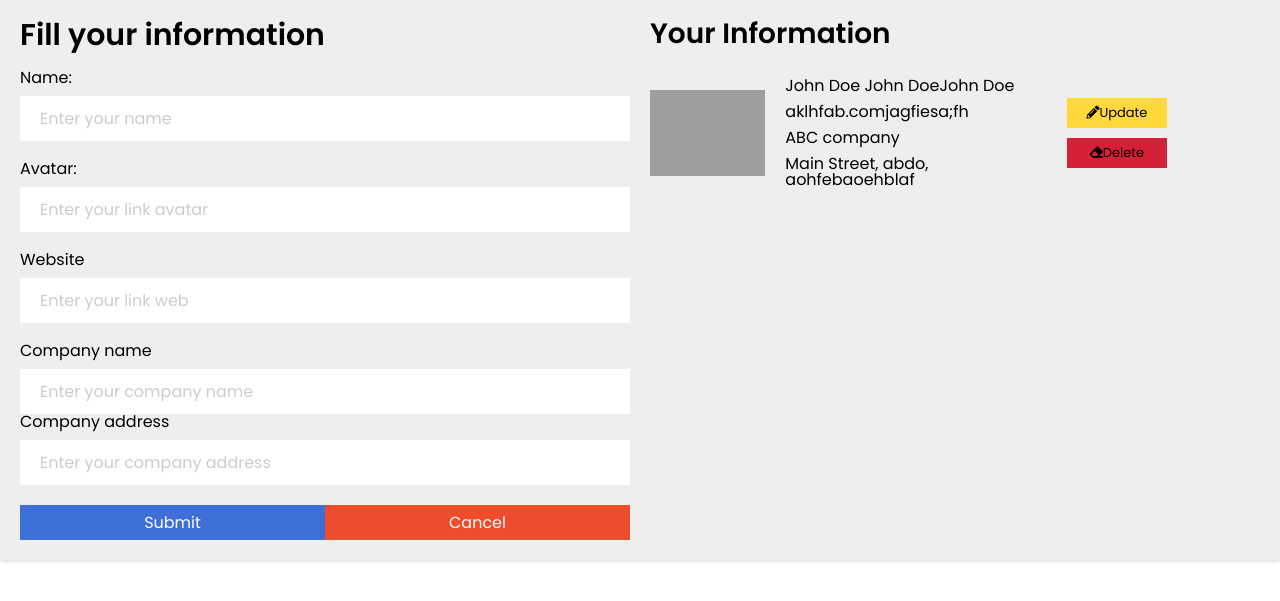
Repository: nttthao9/management
Page: index.html
An editor plug-in stored every save of this project. The page is shown before and after the next save, followed by the edit.
The browser window is 1280 px wide. The pictures show the whole page.
Pictures or frames that could not be fetched are drawn as grey boxes. Some web libraries are served in a nearby version.

Above is the page before, as saved 2021-10-13 11:44:20.

### index.html
<!DOCTYPE html>
<html lang="en">

<head>
  <meta charset="UTF-8">
  <meta http-equiv="X-UA-Compatible" content="IE=edge">
  <meta name="viewport" content="width=device-width, initial-scale=1.0">
  <title>Promise</title>
  <link rel="preconnect" href="https://fonts.googleapis.com">
  <link rel="preconnect" href="https://fonts.gstatic.com" crossorigin>
  <link href="https://fonts.googleapis.com/css2?family=Poppins:wght@300;400;500;600&display=swap" rel="stylesheet">
  <link rel="stylesheet" href="https://cdnjs.cloudflare.com/ajax/libs/font-awesome/5.1.0-11/css/all.css"
    integrity="sha512-xO/VZFNBvip9IT+BD6Nq/pHdBvKeFcwygKqARlegjQ+5A68KsMSYrPbGP1oYow5ec9Tqq8peJXcn5J1bD4O00w=="
    crossorigin="anonymous" referrerpolicy="no-referrer" />
  <link rel="stylesheet" href="./.vscode/style.css">
</head>

<body>
  <div class="container">
    <div class="fill-infor">
      <form action="" id="form" autocomplete="off">
        <h2 class="form-title">Fill your information</h2>
        <div class="fill fill-name">
          <label for="name">Name:</label>
          <input type="text" id="name" name="name" autocomplete="off" placeholder="Enter your name">
        </div>
        <div class="fill fill-avatar">
          <label for="avatar">Avatar:</label>
          <input type="text" id="avatar" name="avatar" placeholder="Enter your link avatar">
        </div>
        <div class="fill fill-link">
          <label for="link-web">Website</label>
          <input type="link-web" id="link-web" name="link-web" placeholder="Enter your link web">
        </div>
        <div class="fill fill-company">
          <label for="company">Company name</label>
          <input type="text" id="company-name" name="company-name" placeholder="Enter your company name">
          <label for="company">Company address</label>
          <input type="text" id="company-address" name="company-address" placeholder="Enter your company address">
        </div>
        <div class="fill-btn">
          <button type="submit" class=" btn btn-submit">Submit</button>
          <button type="submit" class="btn btn-cancel">Cancel</button>
        </div>

      </form>
      <div class="manage">
        <h3 class="filled">Your Information</h3>
        <div class="manage-infor">
          <div class="infor-item">
            <div class="your-image">
              <img src="http://lorempixel.com/640/480/abstract/" alt="">
            </div>
            <div class="infor-desc">
              <span class="name">John Doe John DoeJohn Doe</span>
              <span class="name">aklhfab.comjagfiesa;fh</span>
              <span class="name">ABC company</span>
              <span class="name">Main Street, abdo, aohfebaoehblaf</span>
            </div>
            <div class="button">

              <button type="submit" class="btn btn-update">
                <i class="fas fa-pencil-alt"></i>Update</button>

              <button type="submit" class=" btn btn-delete"><i class="fas fa-eraser"></i>Delete</button>
            </div>
          </div>
        </div>
      </div>
    </div>
  </div>
  <script src="./main.js"></script>
</body>

</html>

### .vscode/style.css
html {
  box-sizing: border-box;
  font-size: 62.5%;
}
* {
  margin: 0;
  padding: 0;
}
*,
*:before,
*:after {
  box-sizing: border-box;
}
input,
textarea,
select,
button {
  outline: none;
}
input {
  line-height: normal;
}
label,
button {
  cursor: pointer;
}
a {
  text-decoration: none;
}
img {
  display: block;
  max-width: 100%;
}
body {
  font-family: 'Poppins', sans-serif;
  line-height: 1;
  font-size: 1.6rem;
}
.container {
  padding: 2rem;
  background-color: #eee;
  box-shadow: rgba(0, 0, 0, 0.16) 0px 1px 4px;
}
.btn {
  padding: 5px 1rem;
  border: 0;
  font-size: 1.3rem;
  font-family: 'Poppins', sans-serif;
  cursor: pointer;
  transition: all 0.25s linear;
  width: 10rem;
}
.btn:hover {
  color: #333;
}
.fill-infor {
  display: flex;
  justify-content: space-between;
}
.image {
  width: 50%;
}
img {
  width: 100%;
}
#form {
  width: 50%;
}
.form-title {
  font-size: 3rem;
  margin-bottom: 2rem;
}
.fill {
  margin-bottom: 2rem;
}
.fill-btn {
  display: flex;
  justify-content: space-between;
}
label,
input {
  display: block;
}
label {
  margin-bottom: 1rem;
}
input {
  width: 100%;
  padding: 1rem 2rem;
  border: 0;
  font-size: 1.6rem;
  font-family: 'Poppins', sans-serif;
  color: #333;
}
input::-webkit-input-placeholder {
  color: #ccc;
}
input::-moz-placeholder {
  color: #ccc;
}
input:-ms-input-placeholder {
  color: #ccc;
}
input::-ms-input-placeholder {
  color: #ccc;
}
input::placeholder {
  color: #ccc;
}
.btn-submit {
  width: 100%;
  font-size: 1.6rem;
  background-color: #3e6fd7;
  color: white;
}
.btn-cancel {
  font-size: 1.6rem;
  background-color: #ee4d2d;
  width: 100%;
  color: white;
}
.manage {
  width: 50%;
  margin-left: 2rem;
}
.infor-item {
  display: flex;
  /* justify-content: space-between; */
  align-items: center;
}
.infor-desc {
  margin: 0 2rem;
}
.infor-desc span {
  display: block;
  margin: 1rem 0;
}
.button {
  margin-left: auto;
}
.filled {
  font-size: 2.8rem;
  margin-bottom: 2rem;
}
.your-image {
  width: 20%;
  /* height: 5rem; */
}

.btn-update {
  background-color: #ffd839;
  margin-bottom: 1rem;
}
.btn-delete {
  background-color: #d62037;
}

Loaded but not shown: main.js (no stored copy; drawn as an empty file)

After the next save:
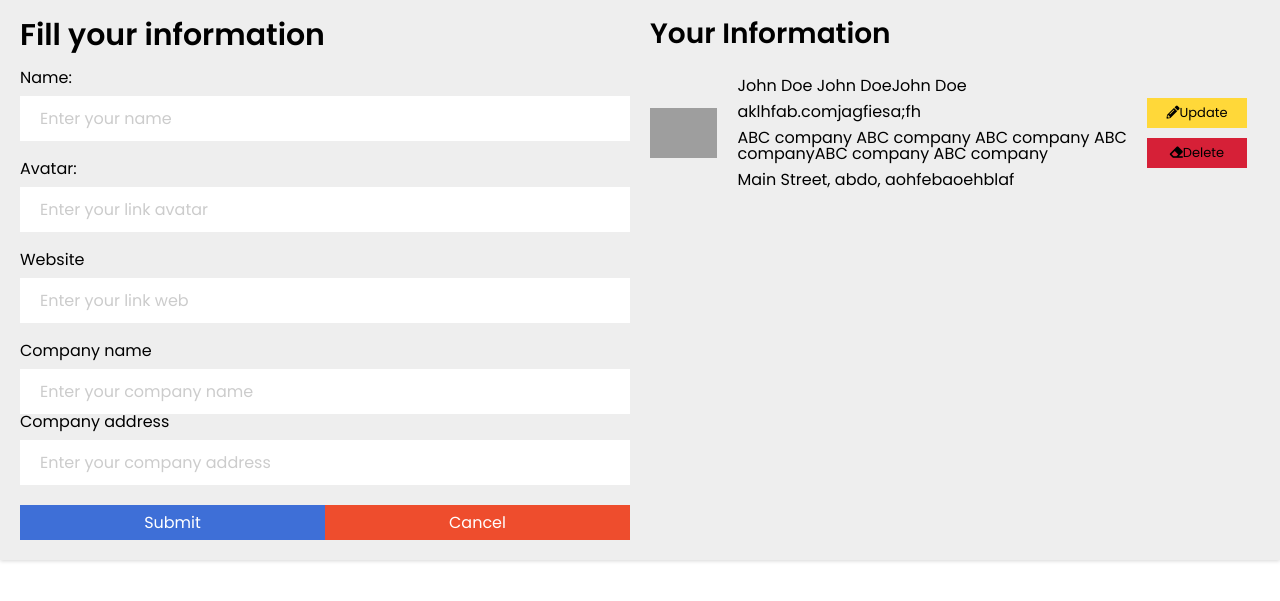
Saved 2 min 50 s later.
--- a/index.html
+++ b/index.html
@@ -54,7 +54,7 @@
             <div class="infor-desc">
               <span class="name">John Doe John DoeJohn Doe</span>
               <span class="name">aklhfab.comjagfiesa;fh</span>
-              <span class="name">ABC company</span>
+              <span class="name">ABC company ABC company ABC company ABC companyABC company ABC company</span>
               <span class="name">Main Street, abdo, aohfebaoehblaf</span>
             </div>
             <div class="button">
